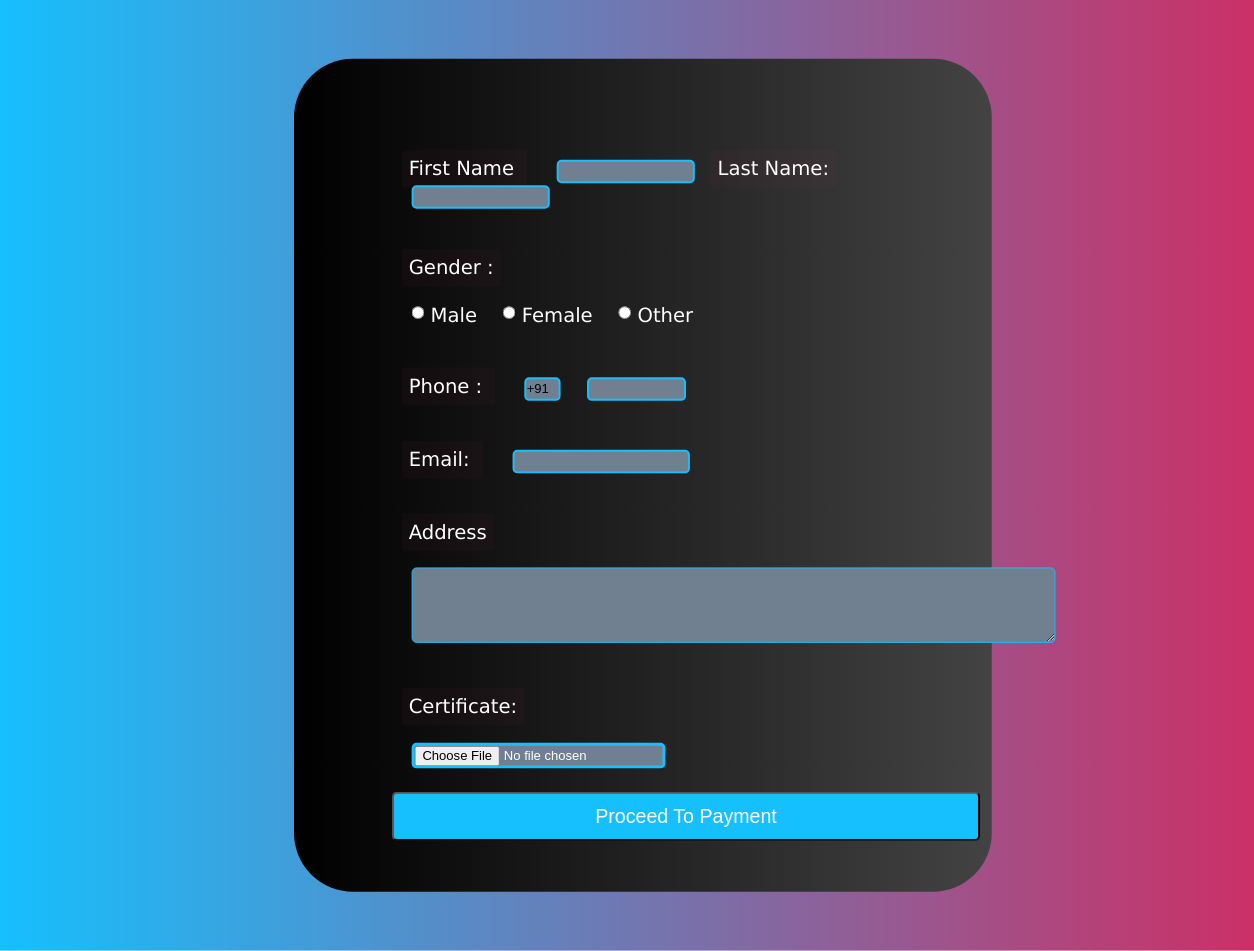
Repository: sarthakkathpalia/elliptical
Page: html/form.html
The author's editor kept a copy of each file at every save. The page is drawn from the files as they stood at one save, then again after the next save.
The browser window is 1280 px wide. The pictures show the whole page, at 98% of full size.

Above is the page before, as saved 2021-10-30 18:05:06.

After the next save:
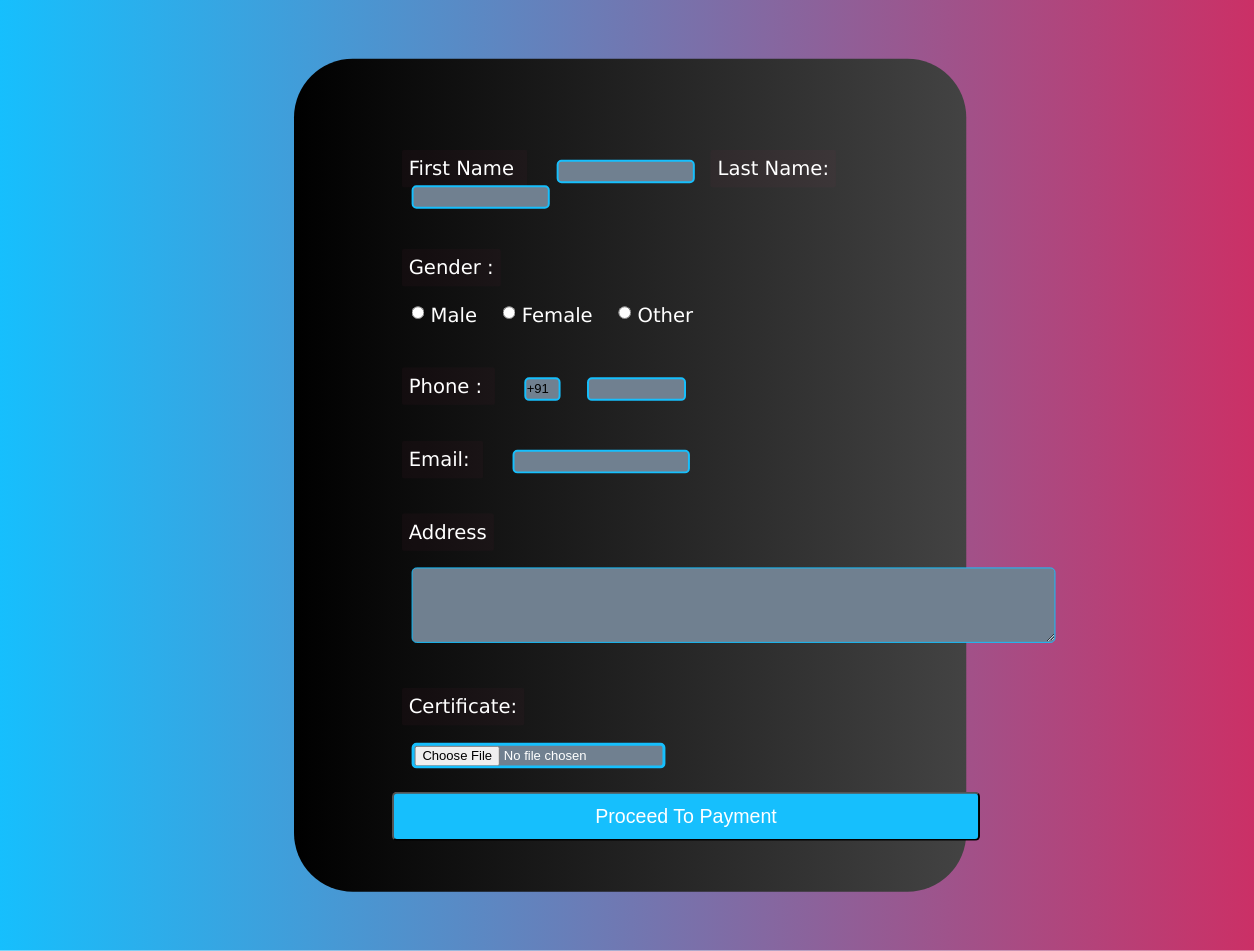
Saved 9 min 7 s later.
--- a/html/form.html
+++ b/html/form.html
@@ -45,7 +45,7 @@
             font-size: 20px;
             color: white;
             background-image: linear-gradient(to right , #000000,#434343);
-            width: 40%;
+            width: 38%;
             height: 650px;
             margin-top: 60px;
             margin-bottom: 60px;

After the save that followed:
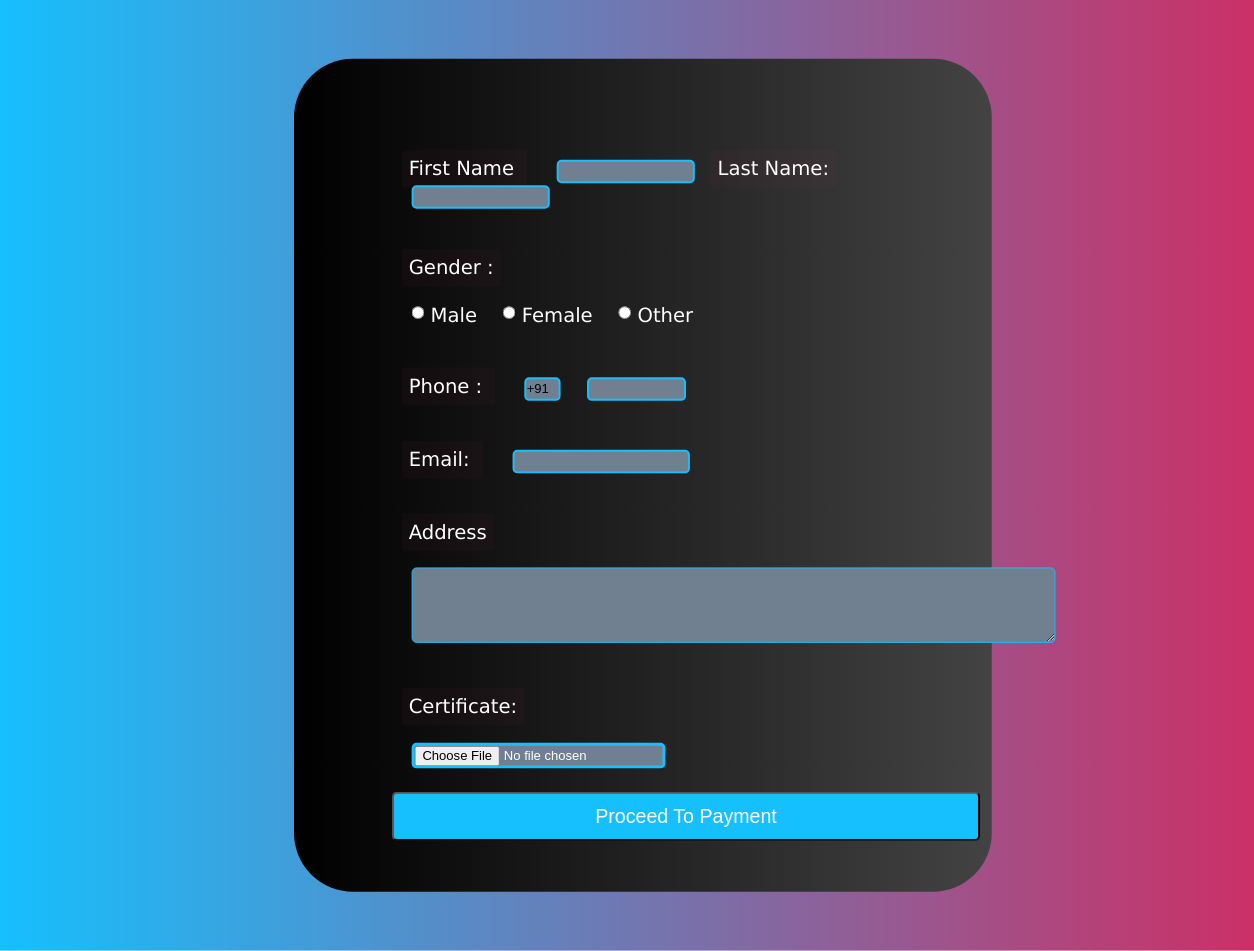
Saved 8 s later.
--- a/html/form.html
+++ b/html/form.html
@@ -45,7 +45,7 @@
             font-size: 20px;
             color: white;
             background-image: linear-gradient(to right , #000000,#434343);
-            width: 38%;
+            width: 40%;
             height: 650px;
             margin-top: 60px;
             margin-bottom: 60px;
